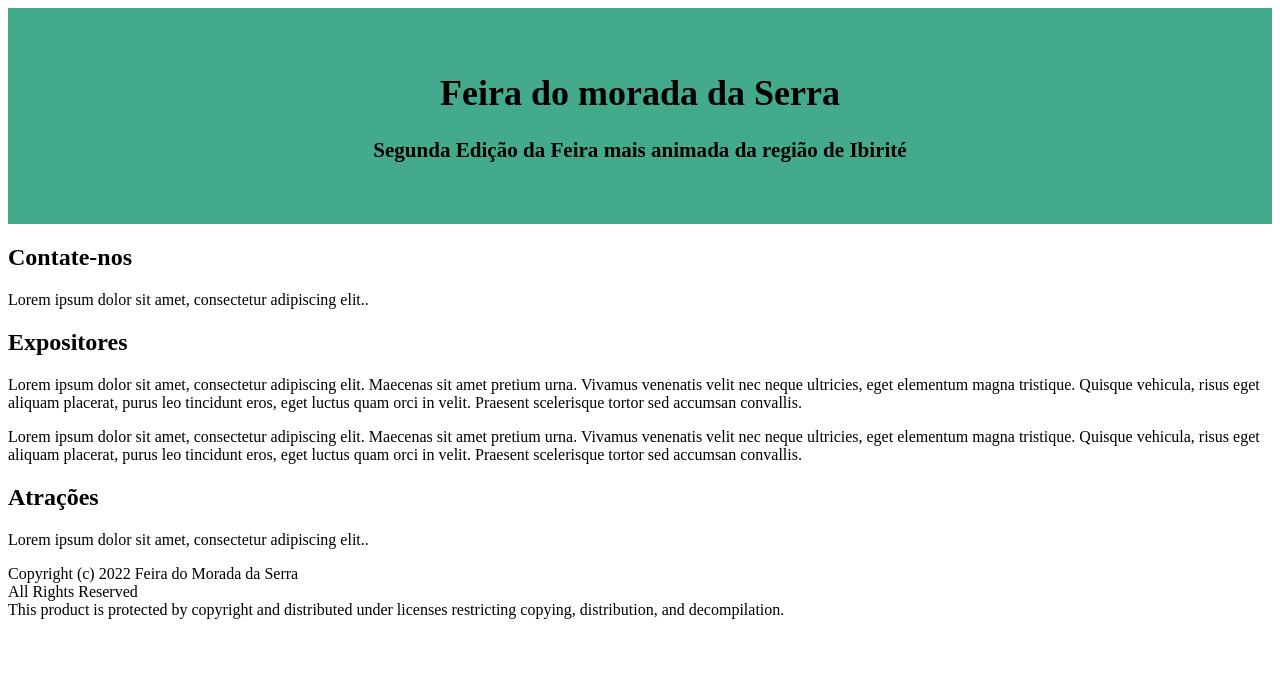
Repository: valerianogueirasilva/feiraibirite
Page: SoacialProject/Index.html
An editor plug-in stored every save of this project. The page is shown before and after the next save, followed by the edit.
The browser window is 1280 px wide. The pictures show the whole page.

Above is the page before, as saved 2022-07-11 14:47:25.

After the next save:
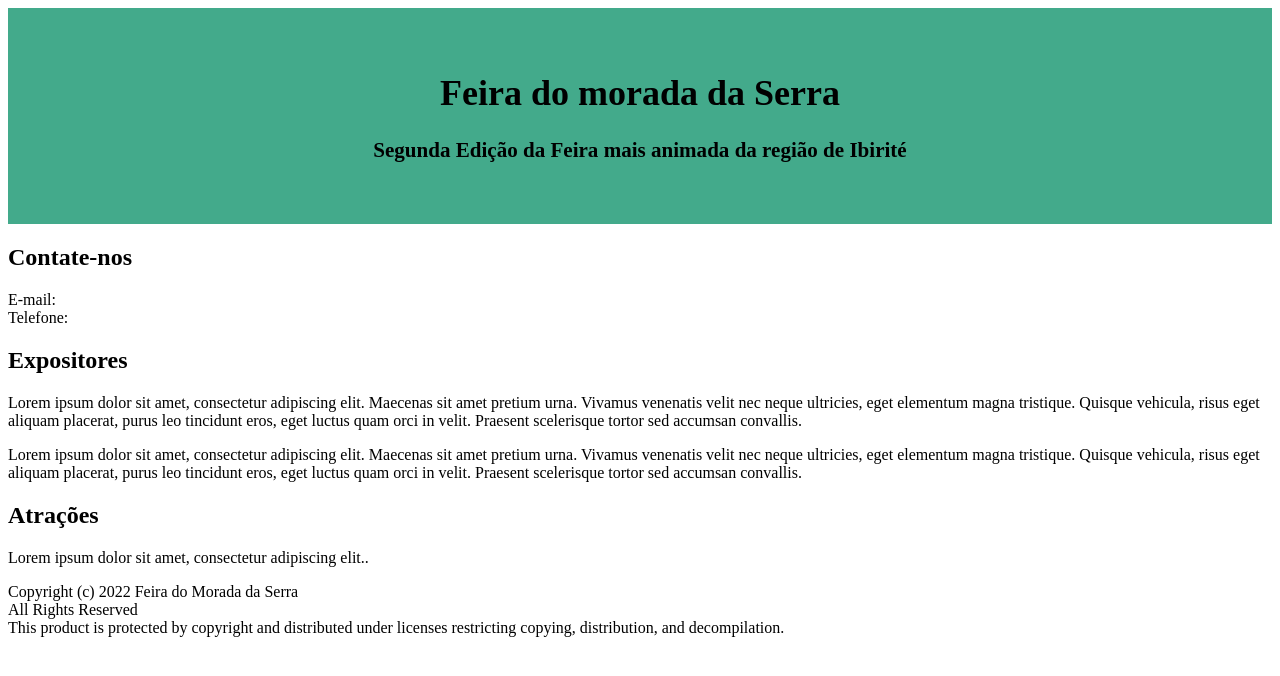
Saved 35 s later.
--- a/SoacialProject/Index.html
+++ b/SoacialProject/Index.html
@@ -15,7 +15,7 @@
 <div class="row">
   <div class="column side">
     <h2>Contate-nos</h2>
-    <p>Lorem ipsum dolor sit amet, consectetur adipiscing elit..</p>
+    <p>E-mail: <br> Telefone: <br> </p>
   </div>
 
   <div class="column middle">
